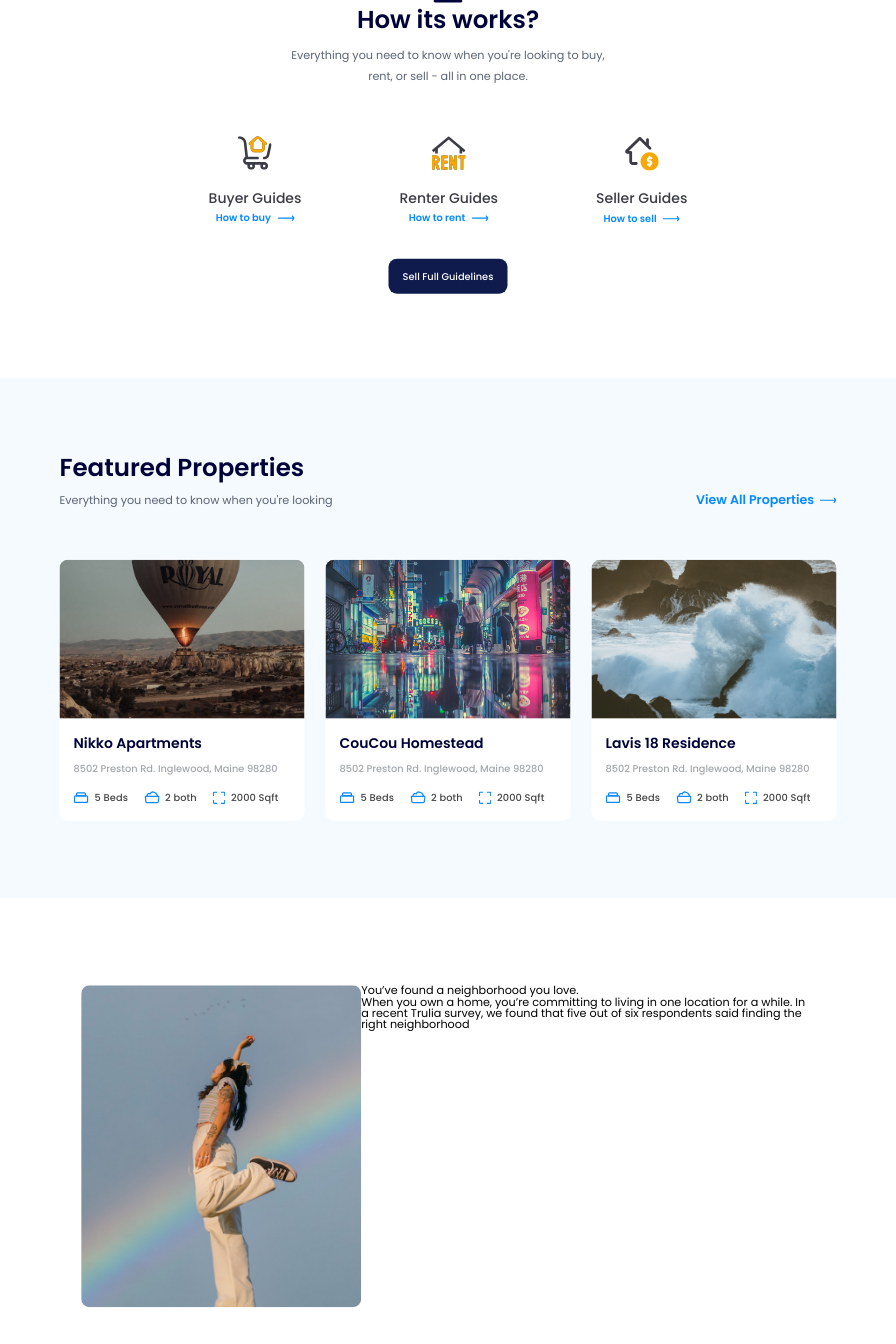
Repository: Tctiensk/f8-htmlcss-01
Page: index.html
An editor plug-in stored every save of this project. The page is shown before and after the next save, followed by the edit.
The browser window is 1280 px wide. The pictures show the part of the page from y = 1232 to 3152 px (the page is 3152 px tall), at 70% of full size.

Above is the page before, as saved 2022-12-10 11:34:41.

### index.html
<!DOCTYPE html>
<html lang="en">
    <head>
        <meta charset="UTF-8" />
        <meta http-equiv="X-UA-Compatible" content="IE=edge" />
        <meta name="viewport" content="width=device-width, initial-scale=1.0" />
        <title>F8 PROJECT 01</title>
        <link rel="stylesheet" href="./assets/css/reset.css" />
        <link rel="stylesheet" href="./assets/fonts/stylesheet.css" />
        <link rel="stylesheet" href="./assets/css/style.css" />
    </head>

    <body>
        <main style="height: 3000px">
            <!-- header -->
            <header class="header">
                <div class="content">
                    <nav class="navbar">
                        <!-- logo -->
                        <img src="./assets/img/Logo.svg" alt="Besnik." />
                        <!-- navigation -->
                        <ul>
                            <li><a href="#!">Home</a></li>
                            <li><a href="#!">Features</a></li>
                            <li><a href="#!">Services</a></li>
                            <li><a href="#!">Resources</a></li>
                            <li><a href="#!">Contact</a></li>
                        </ul>

                        <!-- action -->
                        <div class="action">
                            <a href="" class="action-link">Sign in </a>
                            <a href="" class="btn action-btn">Sign up </a>
                        </div>
                    </nav>

                    <div class="hero">
                        <div class="info">
                            <p class="sub-title">Welcome to Besnik Agency</p>
                            <h1 class="title">
                                Discover a place you'll love to live.
                            </h1>
                            <p class="desc">
                                Get the best real estate deals first, before
                                they hit the mass market! HOT FORECLOSURE DEALS
                                with one simple search.
                            </p>
                            <a href="#!" class="btn hero-cta">More About Us</a>
                        </div>
                        <img
                            src="./assets/img/house illustration.svg"
                            alt="Discover a place you'll love to live."
                            class="hero-img"
                        />
                    </div>
                </div>
            </header>
            <div class="clients">
                <div class="content">
                    <div class="row">
                        <!-- logo -->
                        <img src="./assets/img/Logo.svg" alt="Besnik." />

                        <!-- Stars -->
                        <div class="stars">
                            <img src="./assets/img/Vector.svg" alt="Star" />
                            <img src="./assets/img/Vector.svg" alt="Star" />
                            <img src="./assets/img/Vector.svg" alt="Star" />
                            <img src="./assets/img/Vector.svg" alt="Star" />
                            <img src="./assets/img/Vector.svg" alt="Star" />
                        </div>
                    </div>
                    <div class="row row-desc">
                        <p class="desc">
                            More than 45,000+ companies trust besnik
                        </p>
                        <p class="desc">5 Star Ratings (2k+ Review)</p>
                    </div>
                    <div class="images">
                        <img src="./assets/img/logo2.svg" alt="MeUndies" />
                        <img src="./assets/img/slack.svg" alt="slack" />
                        <img src="./assets/img/Union.svg" alt="amazon" />
                        <img src="./assets/img/commerce.svg" alt="commerce" />
                        <img src="./assets/img/sitepoint.svg" alt="sitepoint" />
                    </div>
                </div>
            </div>
            <!-- Guides -->
            <div class="guides">
                <div class="content">
                    <h2 class="sub-title">How its works?</h2>
                    <p class="desc">
                        Everything you need to know when you're looking to buy,
                        rent, or sell - all in one place.
                    </p>

                    <!-- === list guides ===== -->
                    <ul class="list-guides">
                        <li class="guide-item">
                            <img
                                src="./assets/img/bier.svg"
                                alt="buyer"
                                class="icon"
                            />
                            <h3 class="title">Buyer Guides</h3>
                            <a href="#!" class="link">
                                <span>How to buy</span>
                                <img
                                    src="./assets/img/arow.svg"
                                    alt="arrow right"
                                    class="arrow"
                                />
                            </a>
                        </li>
                        <li class="guide-item">
                            <img
                                src="./assets/img/render.svg"
                                alt="Renter Guides"
                                class="icon"
                            />
                            <h3 class="title">Renter Guides</h3>
                            <a href="#!" class="link">
                                <span>How to rent</span>
                                <img
                                    src="./assets/img/arow.svg"
                                    alt="arrow right"
                                    class="arrow"
                                />
                            </a>
                        </li>
                        <li class="guide-item">
                            <img
                                src="./assets/img/home.svg"
                                alt="Seller Guides"
                                class="icon"
                            />
                            <h3 class="title">Seller Guides</h3>
                            <a href="#!" class="link">
                                <span>How to sell</span>
                                <img
                                    src="./assets/img/arow.svg"
                                    alt="arrow right"
                                    class="arrow"
                                />
                            </a>
                        </li>
                    </ul>

                    <div class="guides-cta">
                        <a href="#!" class="btn">Sell Full Guidelines</a>
                    </div>
                </div>
            </div>

            <!-- ==== featured ===== -->
            <div class="featured">
                <div class="content">
                    <header>
                        <h2 class="sub-title">Featured Properties</h2>
                        <div class="row">
                            <p class="desc">
                                Everything you need to know when you're looking
                            </p>
                            <a href="#!" class="link">
                                <span>View All Properties</span>
                                <img
                                    src="./assets/img/arow.svg"
                                    alt="arrow right"
                                    class="arrow"
                                />
                            </a>
                        </div>
                    </header>

                    <div class="list">
                        <!-- ==== featured-1 ===== -->
                        <div class="item">
                            <a href="#!">
                                <img
                                    src="./assets/img/mesut-cicen-fzzh7qhUOMI-unsplash.jpg"
                                    alt="Nikko Apartments"
                                    class="thumb"
                                />
                            </a>
                            <div class="body">
                                <h3 class="title">
                                    <a href="#!">Nikko Apartments</a>
                                </h3>
                                <p class="desc">
                                    8502 Preston Rd. Inglewood, Maine 98280
                                </p>
                                <div class="info">
                                    <img
                                        src="./assets/img/icon-1.svg"
                                        alt=""
                                        class="icon"
                                    />
                                    <span class="lable">5 Beds</span>
                                    <img
                                        src="./assets/img/icon-2.svg"
                                        alt=""
                                        class="icon"
                                    />
                                    <span class="lable">2 both</span>
                                    <img
                                        src="./assets/img/icon-3.svg"
                                        alt=""
                                        class="icon"
                                    />
                                    <span class="lable">2000 Sqft</span>
                                </div>
                            </div>
                        </div>
                        <!-- ==== featured-2 ===== -->
                        <div class="item">
                            <a href="#!">
                                <img
                                    src="./assets/img/size-2.jpg"
                                    alt="CouCou Homestead"
                                    class="thumb"
                                />
                            </a>
                            <div class="body">
                                <h3 class="title">
                                    <a href="#!">CouCou Homestead</a>
                                </h3>
                                <p class="desc">
                                    8502 Preston Rd. Inglewood, Maine 98280
                                </p>
                                <div class="info">
                                    <img
                                        src="./assets/img/icon-1.svg"
                                        alt=""
                                        class="icon"
                                    />
                                    <span class="lable">5 Beds</span>
                                    <img
                                        src="./assets/img/icon-2.svg"
                                        alt=""
                                        class="icon"
                                    />
                                    <span class="lable">2 both</span>
                                    <img
                                        src="./assets/img/icon-3.svg"
                                        alt=""
                                        class="icon"
                                    />
                                    <span class="lable">2000 Sqft</span>
                                </div>
                            </div>
                        </div>
                        <!-- ==== featured-3 ===== -->
                        <div class="item">
                            <a href="#!">
                                <img
                                    src="./assets/img/size-3.jpg"
                                    alt="Lavis 18 Residence"
                                    class="thumb"
                                />
                            </a>
                            <div class="body">
                                <h3 class="title">
                                    <a href="#!" class="line-clamp"
                                        >Lavis 18 Residence</a
                                    >
                                </h3>
                                <p class="desc line-clamp">
                                    8502 Preston Rd. Inglewood, Maine 98280
                                </p>
                                <div class="info">
                                    <img
                                        src="./assets/img/icon-1.svg"
                                        alt=""
                                        class="icon"
                                    />
                                    <span class="lable">5 Beds</span>
                                    <img
                                        src="./assets/img/icon-2.svg"
                                        alt=""
                                        class="icon"
                                    />
                                    <span class="lable">2 both</span>
                                    <img
                                        src="./assets/img/icon-3.svg"
                                        alt=""
                                        class="icon"
                                    />
                                    <span class="lable">2000 Sqft</span>
                                </div>
                            </div>
                        </div>
                    </div>
                </div>
            </div>

            <!-- stats -->
            <div class="stats">
                <div class="content">
                    <div class="row">
                        <div class="img-block">
                            <img
                                src="./assets/img/img1.jpg"
                                alt="You’ve found a neighborhood you love."
                            />
                        </div>
                        <div class="info">
                            <h2 class="sub-title">
                                You’ve found a neighborhood you love.
                            </h2>
                            <p class="desc">
                                When you own a home, you’re committing to living
                                in one location for a while. In a recent Trulia
                                survey, we found that five out of six
                                respondents said finding the right neighborhood
                            </p>
                        </div>
                    </div>
                </div>
            </div>
        </main>
    </body>
</html>

### assets/css/style.css
* {
    box-sizing: border-box;
}

:root {
    --primary-color: #0f1b4c;
}
html {
    font-size: 62.5%;
}
body {
    font-size: 1.6rem;
    font-family: "Poppins", sans-serif;
}
/* common */
a {
    text-decoration: none;
}
.content {
    width: 1110px;
    max-width: calc(100% -48px);
    margin-left: auto;
    margin-right: auto;
}
.line-clamp {
    display: -webkit-box;
    -webkit-line-clamp: var(--line-clamp, 2);
    -webkit-box-orient: vertical;
    overflow: hidden;
}
.btn {
    display: inline-block;
    min-width: 98px;
    padding: 18px 16px;
    background: var(--primary-color);
    border-radius: 12px;
    font-weight: 500;
    font-size: 1.4rem;
    text-align: center;
    color: #ffffff;
}
.btn:hover {
    opacity: 0.9;
}

/* ================= header ====================*/
.header {
    height: 100vh;
    background: #e6f0ff;
    position: relative;
}
.navbar {
    display: flex;
    align-items: center;
    padding-top: 38px;
}
.navbar ul {
    display: flex;
    margin-left: 50px;
}
.navbar .action {
    margin-left: auto;
}
.navbar ul a {
    font-weight: 500;
    font-size: 1.4rem;
    color: #4f5361;
    padding: 8px 1.4rem;
}
.navbar ul a:hover {
    text-decoration: underline;
}
.navbar .action-link {
    font-weight: 500;
    font-size: 1.4rem;
    line-height: 21px;
    color: var(--primary-color);
}
.btn.hero-cta {
    min-width: 170px;
    margin-top: 40px;
}
.navbar .action-btn {
    padding: 13px 16px;
    margin-left: 18px;
    border-radius: 8px;
}
.hero {
    margin-top: 130px;
}
.hero .sub-title {
    font-weight: 500;
    font-size: 1.8rem;
    line-height: 1.5;
    letter-spacing: 0.01em;
    color: #687691;
}
.hero .title {
    margin-top: 8px;
    font-weight: 700;
    font-size: 6.2rem;
    line-height: 1.19;
    color: #000336;
}
.hero .info {
    width: 51%;
}
.hero .desc {
    margin-top: 30px;
    font-weight: 400;
    font-size: 18px;
    line-height: 1.78;
    color: #5a6473;
}
.hero-img {
    position: absolute;
    bottom: 0;
    right: 65px;
}
/* clients  */
.clients {
    margin-top: 79px;
    padding: 43px 0 63px 0;
}
.clients .row {
    display: flex;
    justify-content: space-between;
}
.clients .desc {
    font-weight: 500;
    font-size: 16px;
    line-height: 1.25;
    color: #7d8589;
}
.clients .row-desc {
    margin-top: 23px;
}
.clients .images {
    display: flex;
    justify-content: space-between;
    margin-top: 96px;
}
/* ================ guile ============= */
.guides {
    margin-top: 40px;
    padding: 93px 0 79px;
}
.guides .sub-title {
    position: relative;
    font-weight: 600;
    font-size: 3.5rem;
    line-height: 1;
    text-align: center;
    color: #000339;
}
.guides .sub-title::before {
    position: absolute;
    top: -10px;
    left: 50%;
    transform: translateX(-50%);
    content: "";
    display: inline-block;
    width: 41px;
    height: 4px;
    background: #000339;
    border-radius: 12px;
}
.guides .desc {
    width: 459px;
    max-width: 100%;
    margin: 20px auto 0;
    font-weight: 400;
    font-size: 1.6rem;
    line-height: 1.88;
    text-align: center;
    color: #5a6473;
}
.list-guides {
    display: flex;
    justify-content: center;
    margin-top: 70px;
}
.guide-item {
    margin: 0 70px;
    text-align: center;
}
.guide-item .title {
    margin-top: 26px;
    font-weight: 500;
    font-size: 2rem;
    line-height: 1.1;
    color: #3b3c45;
}
.guide-item .link {
    display: inline-block;
    margin-top: 10px;
    font-weight: 600;
    font-size: 1.4rem;
    color: #0689ff;
}
.guide-item .arrow {
    margin-left: 6px;
}
.guides-cta {
    margin-top: 50px;
    display: flex;
    justify-content: center;
}
.guides-cta .btn {
    min-width: 170px;
}
/* ================ featured ============= */
.featured {
    margin-top: 41px;
    padding: 110px 0;
    background-color: #f5fafe;
}
.featured .sub-title {
    font-weight: 600;
    font-size: 3.5rem;
    line-height: 1;

    color: #000339;
}
.featured .row {
    display: flex;
    justify-content: space-between;
    margin-top: 15px;
}
.featured .desc {
    font-weight: 400;
    font-size: 1.6rem;
    line-height: 1.88;
    color: #5a6473;
}
.featured .link {
    display: flex;
    align-items: center;
    font-weight: 600;
    font-size: 1.8rem;
    color: #0689ff;
}
.featured .link .arrow {
    margin-left: 8px;
}
.featured .list {
    display: flex;
    gap: 30px;
    margin-top: 70px;
}
.featured .item {
    flex: 1;
    background-color: #ffffff;
    border-radius: 12px;
}
.featured .item .thumb {
    width: 100%;
    height: 227px;
    object-fit: cover;
    border-top-left-radius: 12px;
    border-top-right-radius: 12px;
}
.featured .item .body {
    margin: 17px 20px 24px;
}
.featured .item .title a {
    font-weight: 600;
    font-size: 2rem;
    line-height: 1.5;
    color: #000339;
}
.featured .item .desc {
    margin-top: 11px;
    font-weight: 500;
    font-size: 1.4rem;
    line-height: 1.5;
    color: #a3a6ab;
    word-break: break-all;
}
.featured .item .info {
    display: flex;
    align-items: center;
    margin-top: 21px;
}
.featured .item .lable {
    margin-left: 8px;
    font-weight: 500;
    font-size: 1.4rem;
    letter-spacing: 0.01em;

    color: #444444;
}
.featured .item .icon {
    margin-left: 23px;
}
.featured .item .icon:first-child {
    margin-left: 0;
}
/* =========== stats ============= */
.stats {
    margin-top: 75px;
    padding: 50px 0;
}
.stats .content {
    width: 1048px;
}
.stats .row {
    display: flex;
}
.stats .img-block,
.stars .info {
    width: 50%;
}
.stats .img-block img {
    width: 400px;
    height: 460px;
    object-fit: cover;
    border-radius: 12px;
}

Loaded but not shown: assets/css/reset.css (common file); assets/fonts/stylesheet.css (160 lines, source omitted)

After the next save:
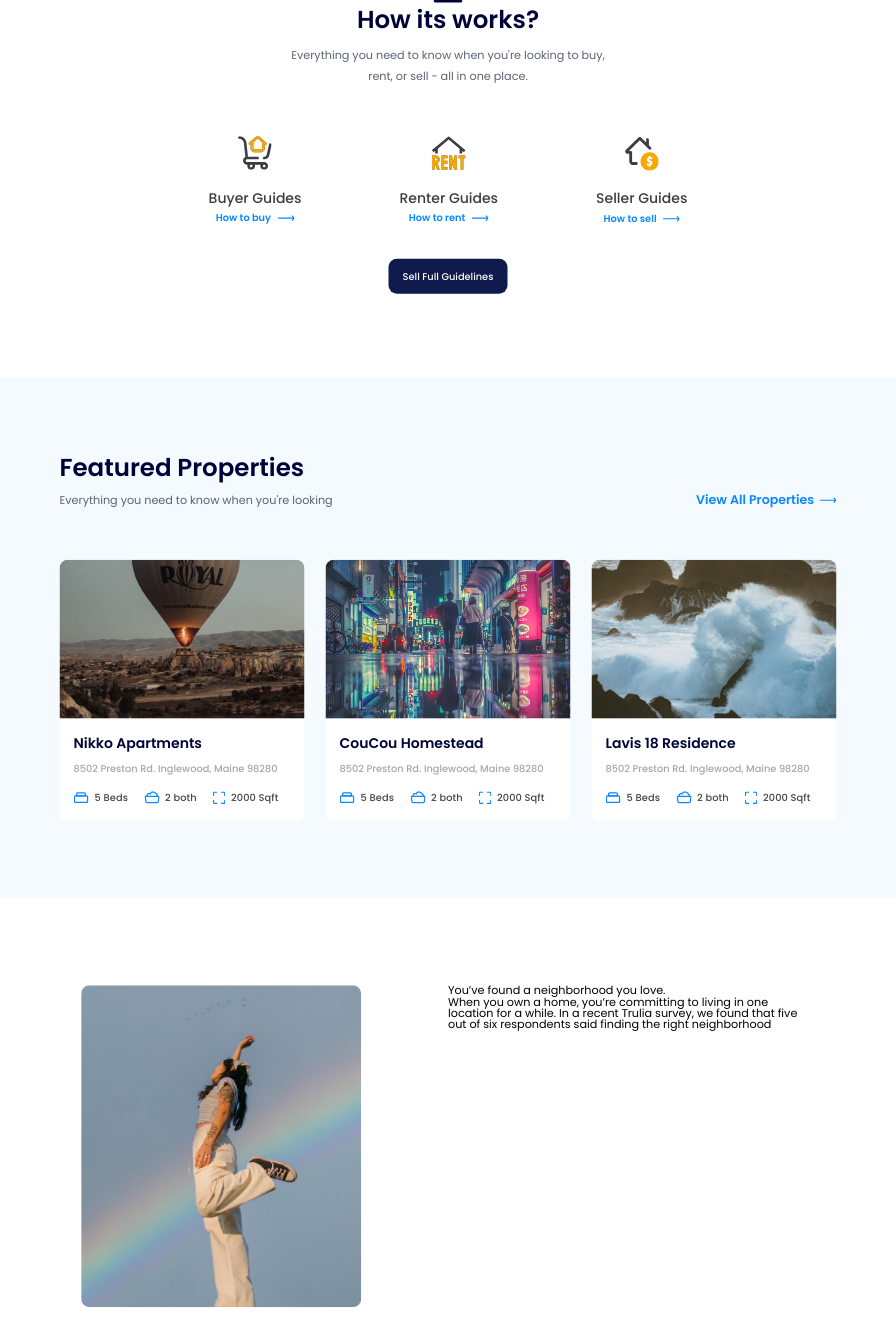
Saved 3 min 1 s later.
--- a/assets/css/style.css
+++ b/assets/css/style.css
@@ -308,7 +308,7 @@
     display: flex;
 }
 .stats .img-block,
-.stars .info {
+.stats .info {
     width: 50%;
 }
 .stats .img-block img {
